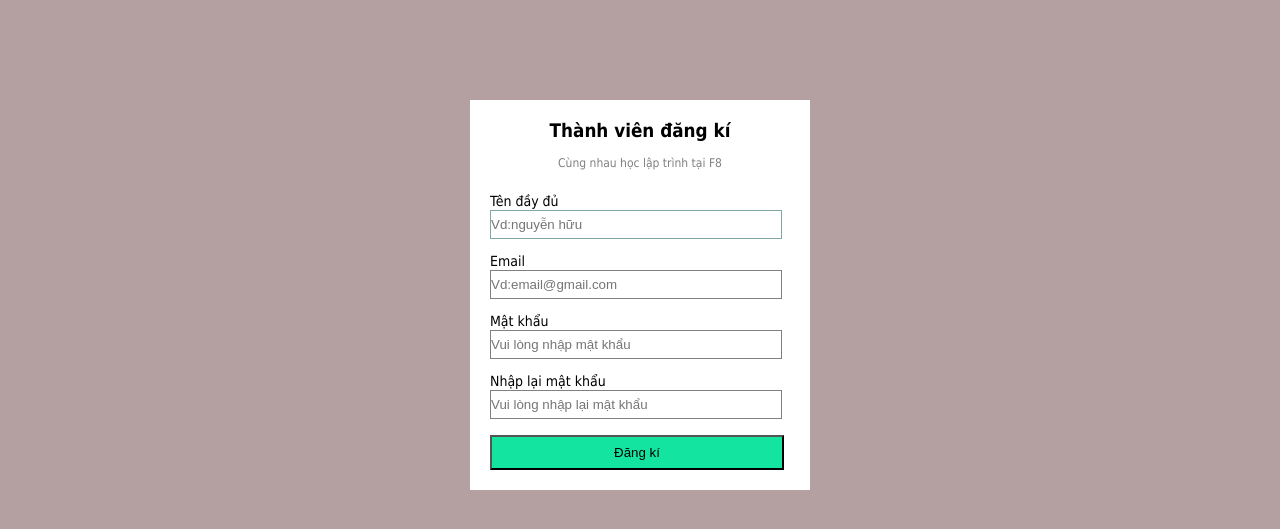
Repository: HuunvDev/Validator
Page: index.html
The author's editor kept a copy of each file at every save. The page is drawn from the files as they stood at one save, then again after a run of saves.
The browser window is 1280 px wide. The pictures show the whole page.
The pointer rests on the first visible `input`.

Above is the page before, as saved 2022-08-20 09:39:53.

### index.html
<!DOCTYPE html>
<html lang="en">
<head>
    <meta charset="UTF-8">
    <meta http-equiv="X-UA-Compatible" content="IE=edge">
    <meta name="viewport" content="width=device-width, initial-scale=1.0">
    <title>validator</title>
    <link rel="stylesheet" href="style.css">
</head>
<body>
    <div class="main">
        <form action="" method="POST" class="form" id="form-1">
            <h3 class="heading">Thành viên đăng kí</h3>
            <p class="desc">Cùng nhau học lập trình tại F8</p>
            <div class="pacer"></div>
            <div class="form-group">
                <label for="fullName" class="form-lable">Tên đầy đủ</label><br>
                <input type="text" id="fullName" name="fullName" placeholder="Vd:nguyễn hữu"><br>
                <span class="form-message"></span>
            </div>
            <div class="form-group">
                <label for="email" class="form-lable">Email</label><br>
                <input type="text" id="email" name="email" placeholder="Vd:email@gmail.com"><br>
                <span class="form-message"></span>
            </div>
            <div class="form-group">
                <label for="password" class="form-lable">Mật khẩu</label><br>
                <input type="text" id="password" name="password" placeholder="Vui lòng nhập mật khẩu"><br>
                <span class="form-message"></span>
            </div>
            <div class="form-group">
                <label for="password_confirmation" class="form-lable">Nhập lại mật khẩu</label><br>
                <input type="text" id="password_confirmation" name="password_confirmation" placeholder="Vui lòng nhập lại mật khẩu"><br>
                <span class="form-message"></span>
            </div>
           <button class="form-submit">Đăng kí</button>
        </form>
    </div>
    <script src="main.js"></script>
</body>
</html>

### style.css

*{
    margin:0;
    padding:0;
    overflow: hidden;
}
body{
    background-color:rgb(180, 160, 160);
}
.main {
    width: 300px;
    box-shadow: 0 0 0 rgb(0 0 0 / 10%);
    margin: auto;
    margin-top: 100px;
    padding: 20px;
    background-color: #fff;
    font-family: tahoma;
}
h3.heading {
    text-align: center;
}
p.desc {
    text-align: center;
    font-size: 12px;
    color: grey;
    padding: 15px 0;
}
.form-group {
    padding: 6px 0;
}

label.form-lable {
    font-size: 14px;
}
input {
    width: 290px;
    height: 27px;
    outline: none;
    border:1px solid grey;
}
input:hover{
    border-color: rgb(129, 166, 166);
}
button{
    padding:8px 0;
    width:294px;
    background-color: rgb(19 229 161);
    margin-top:10px;
}
span.form-message {
    font-size: 12px;
    color: #d76f6f;
}

### main.js
var fullName = document.getElementById('fullName');
var message = document.getElementsByClassName("form-message");
fullName.onblur = function(){
    if(!fullName.value){
        message.innerText ="Vui lòng nhập trường này";
    }
}

After the next 2 saves:
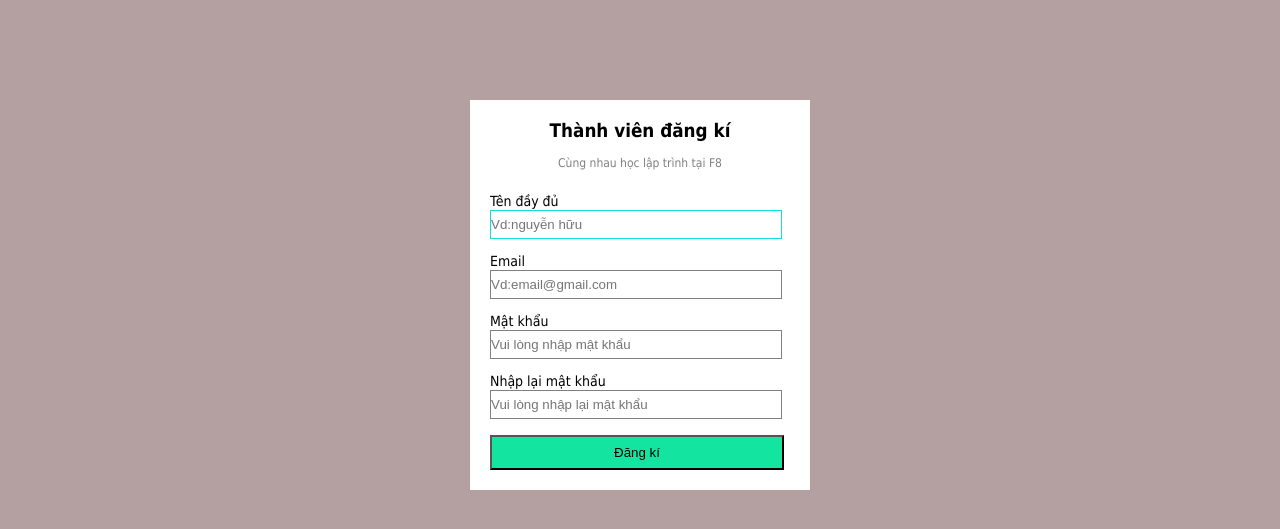
The 2 saves are shown as one change because they came seconds apart.
The last was saved 52 s later.
--- a/style.css
+++ b/style.css
@@ -39,7 +39,7 @@ input {
     border:1px solid grey;
 }
 input:hover{
-    border-color: rgb(129, 166, 166);
+    border-color: rgb(23 220 220);
 }
 button{
     padding:8px 0;
